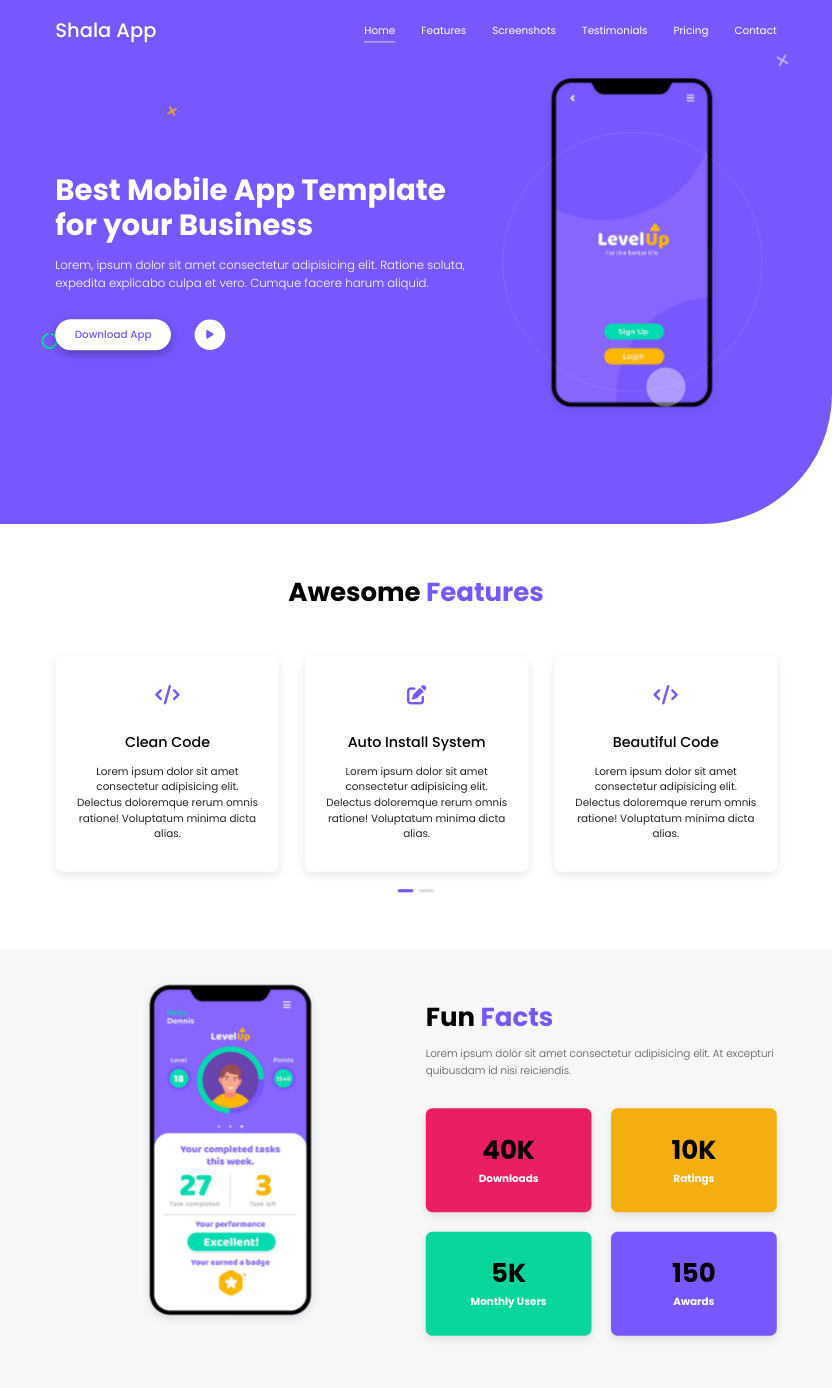
Repository: Mohamed-Hema/Shala-App
Page: index.html
These files come from the project's save history. The page is drawn as it stood at one moment and after the next save; the edit follows.
The browser window is 1280 px wide. The pictures show the whole page, at 65% of full size.
Some web libraries are served in a nearby version.

Above is the page before, as saved 2021-02-19 17:11:40.

After the next save:
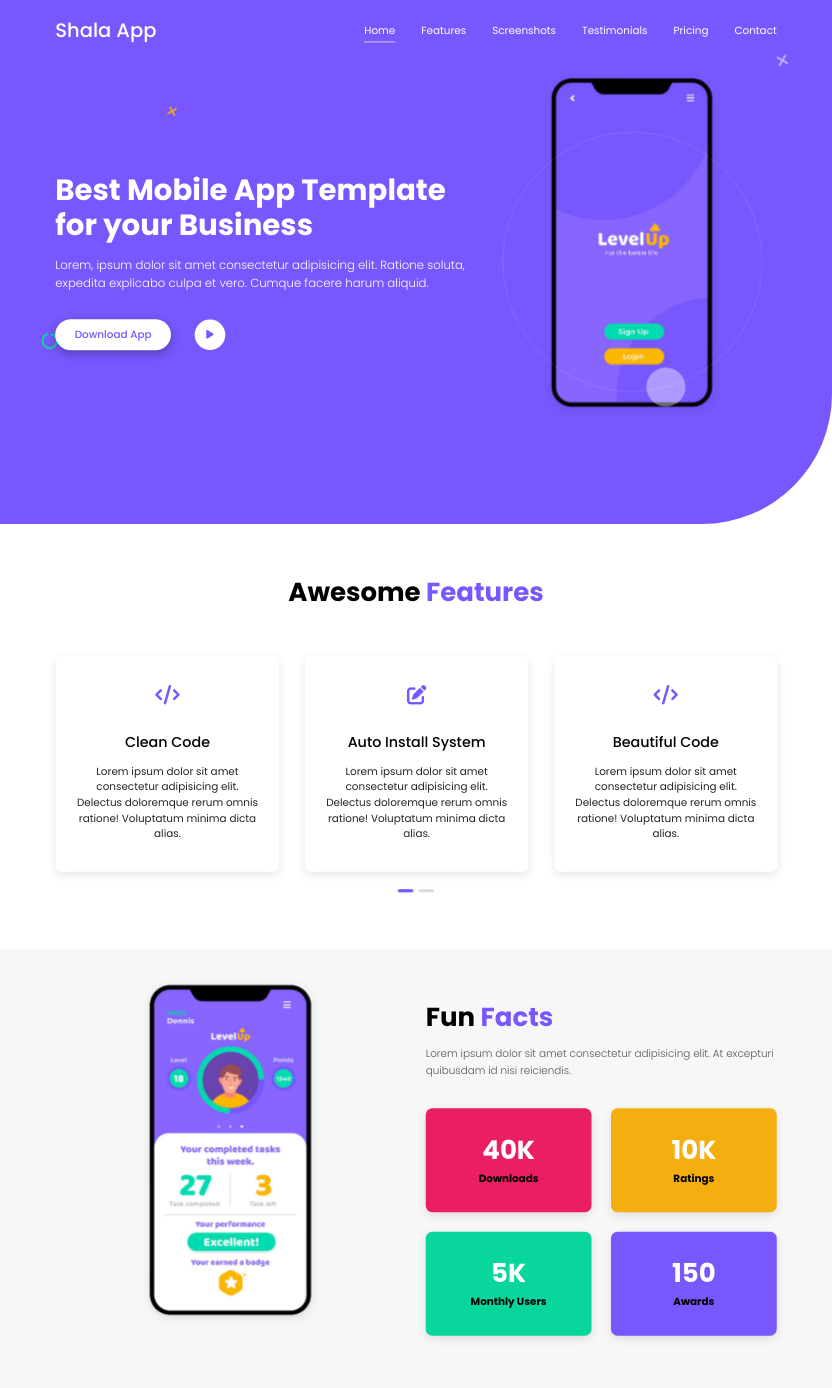
Saved 4 s later.
--- a/css/style.css
+++ b/css/style.css
@@ -437,13 +437,13 @@ ul{
     box-shadow: var(--shadow-black-100);
     border-radius: 10px;
     margin-top: 30px;
-    color: #fff;
+    color: #000;
     font-weight: bold;
 }
 .fun-fact-item h3{
     font-size: 40px;
     font-weight: 700;
-    color: #000;
+    color: #fff;
     margin: 0 0 8px;
 }
 .fun-fact-item p{
